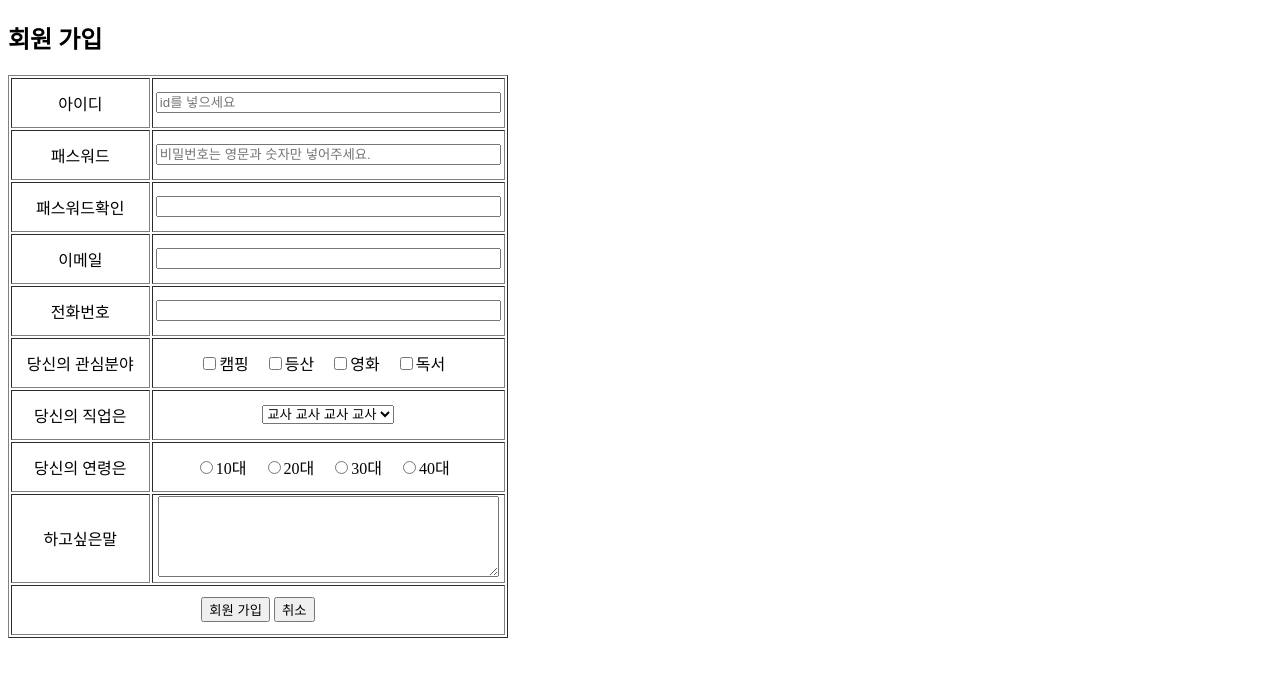
Repository: mungkeu/JSP_Web
Page: http://localhost/DataBase/MemberJoin.jsp
The author's editor kept a copy of each file at every save. The page is drawn from the files as they stood at one save, then again after the next save.
The browser window is 1280 px wide. The pictures show the whole page.
The page is served by Tomcat 9. Other server files are loaded and not shown.

Above is the page before, as saved 2022-08-01 23:01:12.

### DataBase/src/main/webapp/MemberJoin.jsp
<%@ page language="java" contentType="text/html; charset=UTF-8"
    pageEncoding="UTF-8"%>
<!DOCTYPE html>
<html>
<head>
<meta charset="UTF-8">
<title>Insert title here</title>
</head>
<body>
	<h2> 회원 가입 </h2>
	<form action="" method="post">
	<table width="500" border="1">
	<tr height="50">
		<td width="150" align="center">아이디</td>
		<td width="350" align="center"><input type="text" name="id" size="40" placeholder="id를 넣으세요">
	</tr>
	<tr height="50">
		<td width="150" align="center">패스워드</td>
		<td width="350" align="center"><input type="password" name="pass1" size="40" placeholder="비밀번호는 영문과 숫자만 넣어주세요.">
	</tr>
	<tr height="50">
		<td width="150" align="center">패스워드확인</td>
		<td width="350" align="center"><input type="password" name="pass2" size="40">
	</tr>
	<tr height="50">
		<td width="150" align="center">이메일</td>
		<td width="350" align="center"><input type="email" name="email" size="40">
	</tr>
	<tr height="50">
		<td width="150" align="center">전화번호</td>
		<td width="350" align="center"><input type="tel" name="tel" size="40">
	</tr>
	<tr height="50">
		<td width="150" align="center">당신의 관심분야</td>
		<td width="350" align="center">
		<input type="checkbox" name="hobby" value="캠핑">캠핑 &nbsp;&nbsp;
		<input type="checkbox" name="hobby" value="등산">등산 &nbsp;&nbsp;
		<input type="checkbox" name="hobby" value="영화">영화 &nbsp;&nbsp;
		<input type="checkbox" name="hobby" value="독서">독서 &nbsp;&nbsp;
		</td>
	</tr>
	<tr height="50">
		<td width="150" align="center">당신의 직업은</td>
		<td width="350" align="center">
		<select name="job">
		<option value="교사">교사</oprion>
		<oprion value="교사">교사</oprion>
		<oprion value="교사">교사</oprion>
		<oprion value="교사">교사</oprion>
		</select></td>
	</tr>
	<tr height="50">
		<td width="150" align="center">당신의 연령은</td>
		<td width="350" align="center">
		<input type="radio" name="age" value="10">10대 &nbsp;&nbsp;
		<input type="radio" name="age" value="20">20대 &nbsp;&nbsp;
		<input type="radio" name="age" value="30">30대 &nbsp;&nbsp;
		<input type="radio" name="age" value="40">40대 &nbsp;&nbsp;
		</td>
	</tr>
	<tr height="50">
		<td width="150" align="center">하고싶은말</td>
		<td width="350" align="center">
		<textarea rows="5" cols="40" name="info"></textarea>
	</tr>
	<tr height="50">
		<td align="center" colspan="2">
		<input type="submit" value="회원 가입">
		<input type="reset" value="취소">
		</td>
	</tr>
	</table>
	</form>
</body>
</html>

After the next save:
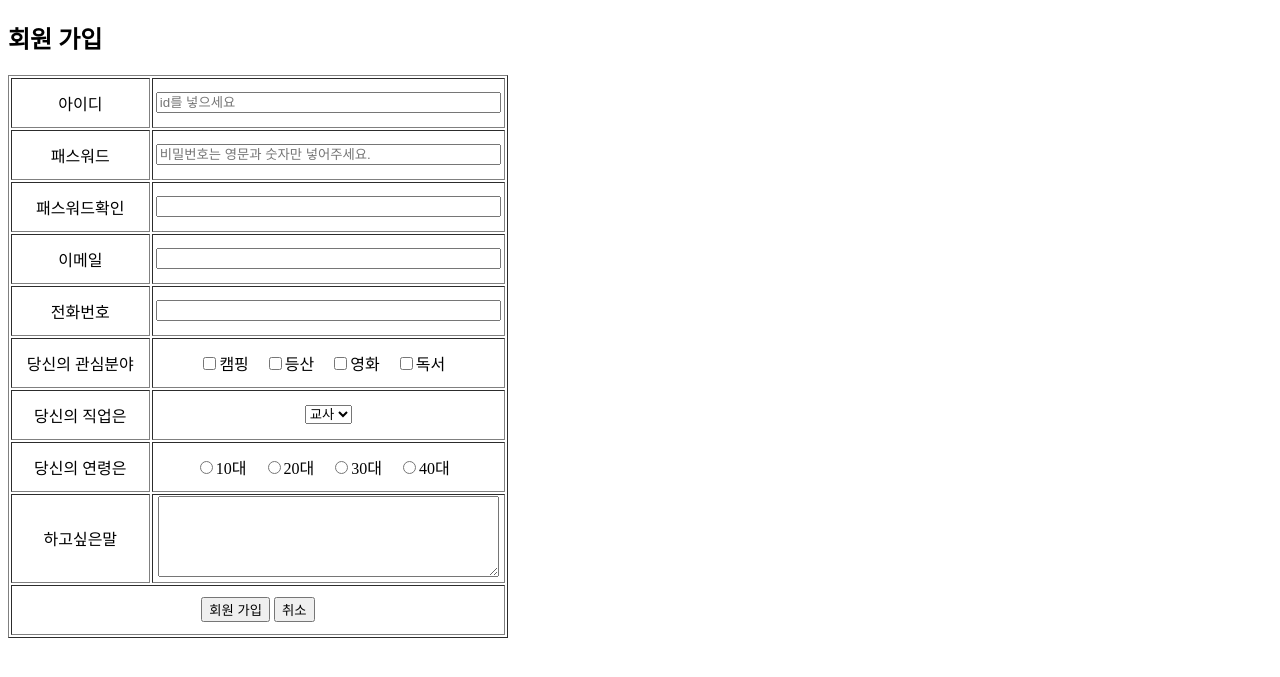
Saved 14 s later.
--- a/DataBase/src/main/webapp/MemberJoin.jsp
+++ b/DataBase/src/main/webapp/MemberJoin.jsp
@@ -43,10 +43,10 @@
 		<td width="150" align="center">당신의 직업은</td>
 		<td width="350" align="center">
 		<select name="job">
-		<option value="교사">교사</oprion>
-		<oprion value="교사">교사</oprion>
-		<oprion value="교사">교사</oprion>
-		<oprion value="교사">교사</oprion>
+		<option value="교사">교사</option>
+		<option value="교사">교사</option>
+		<option value="교사">교사</option>
+		<option value="교사">교사</option>
 		</select></td>
 	</tr>
 	<tr height="50">
